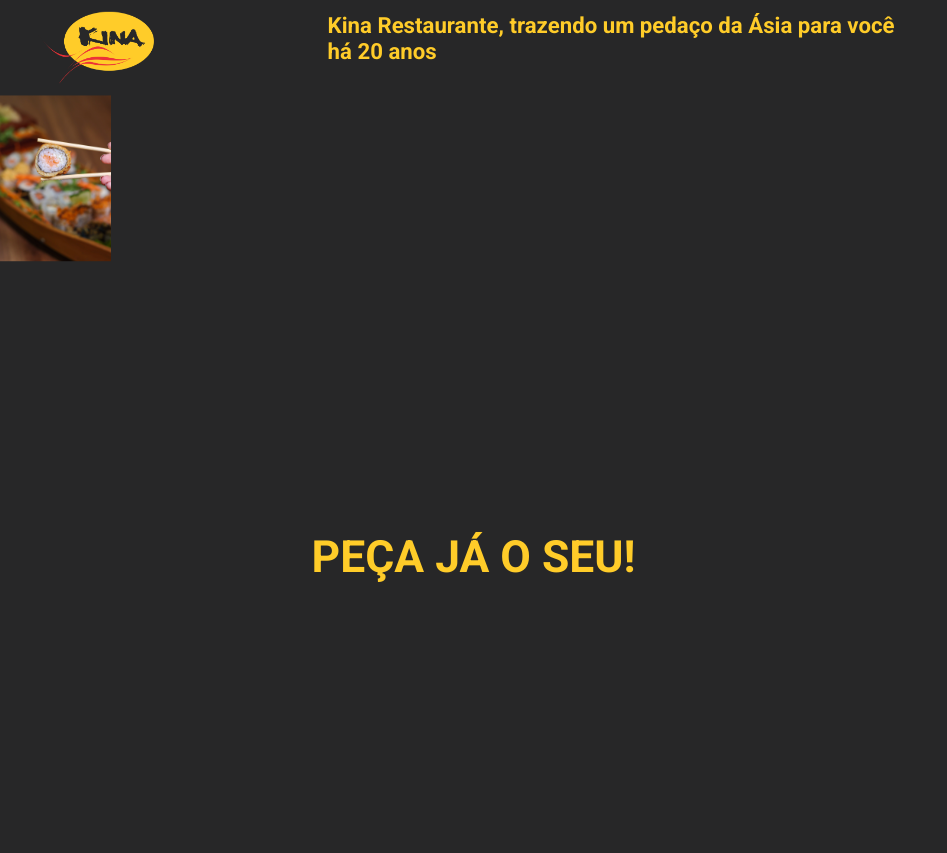
Repository: chidekina/kina-page
Page: index.html
The author's editor kept a copy of each file at every save. The page is drawn from the files as they stood at one save, then again after the next save.
The browser window is 1280 px wide. The pictures show the whole page, at 74% of full size.

Above is the page before, as saved 2025-03-20 16:38:18.

After the next save:
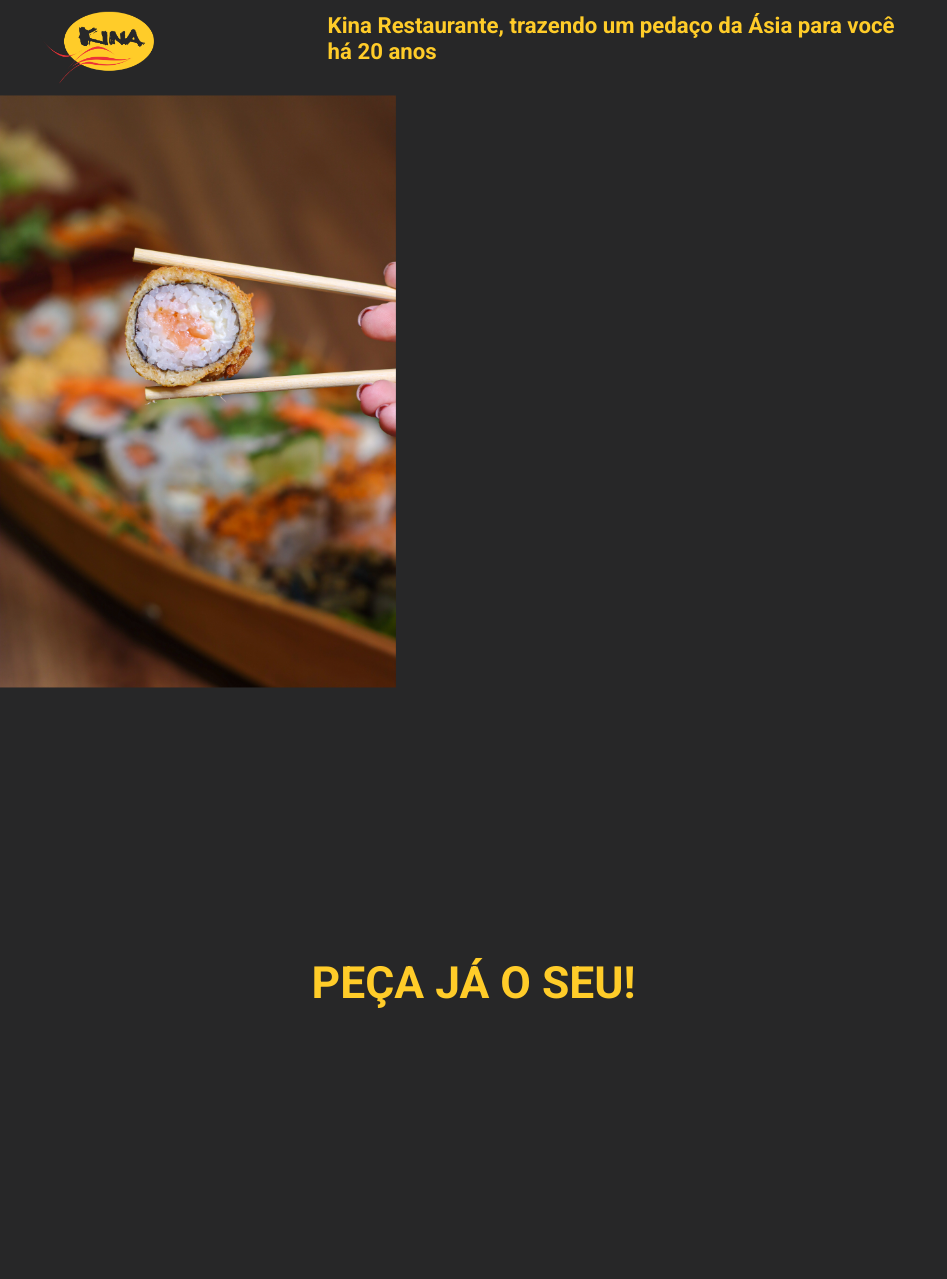
Saved 5 s later.
--- a/index.html
+++ b/index.html
@@ -20,7 +20,7 @@
           Kina Restaurante, trazendo um pedaço da Ásia para você há 20 anos
         </h1>
     </header>
-    <img src="/assets/pictures/IMG_5172.JPG" class="h-56">
+    <img src="/assets/pictures/IMG_5172.JPG" class="h-200">
     <div class="flex justify-center items-center h-200">
         <h1 class="font-bold text-6xl">PEÇA JÁ O SEU!</h1>
     </div>
